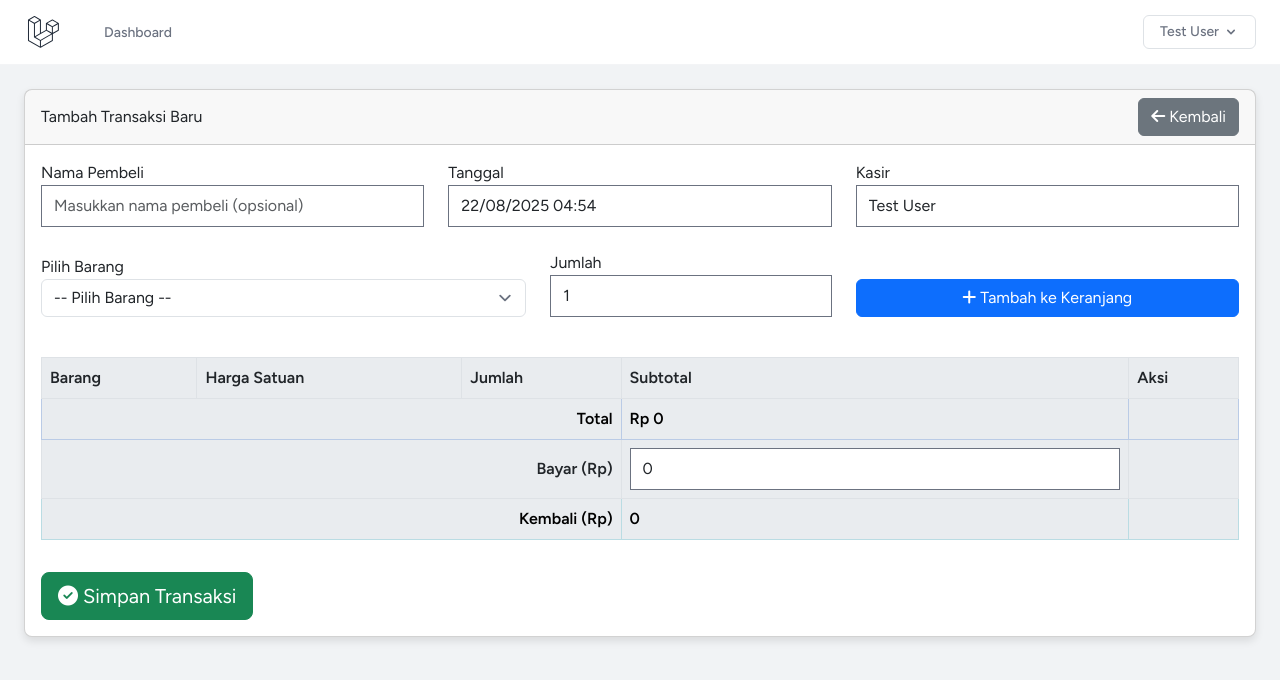
Repository: mufti-1448/kasir-app
Page: http://localhost/transaksis/create
These files come from the project's save history. The page is drawn as it stood at one moment and after the next save; the edit follows.
The browser window is 1280 px wide. The pictures show the whole page.
The page is served by the project's Laravel application, run on PHP 8.4 with Laravel 12. A made-up administrator, Test User (test@example.com), is signed in. Other server files are loaded and not shown. Style sheets and scripts are compiled from the project's sources, by tool versions that may differ from the author's. Queries for data that is not in the repository find no rows.

Above is the page before, as saved 2025-09-02 23:34:28.

### routes/web.php
<?php

use App\Http\Controllers\ProfileController;
use App\Http\Controllers\BarangController;
use Illuminate\Support\Facades\Route;
use App\Http\Controllers\TransaksiController;

Route::get('/', function () {
    return view('welcome');
});

Route::get('/dashboard', function () {
    return view('dashboard');
})->middleware(['auth', 'verified'])->name('dashboard');

Route::middleware('auth')->group(function () {
    // Profile routes
    Route::get('/profile', [ProfileController::class, 'edit'])->name('profile.edit');
    Route::patch('/profile', [ProfileController::class, 'update'])->name('profile.update');
    Route::delete('/profile', [ProfileController::class, 'destroy'])->name('profile.destroy');

    // Barang routes - menggunakan resource controller
    Route::resource('barangs', BarangController::class);

    // Alternatif: jika ingin mendefinisikan manual satu per satu
    // Route::get('/barangs', [BarangController::class, 'index'])->name('barangs.index');
    // Route::get('/barangs/create', [BarangController::class, 'create'])->name('barangs.create');
    // Route::post('/barangs', [BarangController::class, 'store'])->name('barangs.store');
    // Route::get('/barangs/{barang}', [BarangController::class, 'show'])->name('barangs.show');
    // Route::get('/barangs/{barang}/edit', [BarangController::class, 'edit'])->name('barangs.edit');
    // Route::put('/barangs/{barang}', [BarangController::class, 'update'])->name('barangs.update');
    // Route::delete('/barangs/{barang}', [BarangController::class, 'destroy'])->name('barangs.destroy');

    // Tambahkan di dalam middleware auth
    Route::resource('transaksis', TransaksiController::class);
    Route::post('transaksis/add-item', [TransaksiController::class, 'addItem'])->name('transaksis.addItem');
    Route::post('transaksis/remove-item', [TransaksiController::class, 'removeItem'])->name('transaksis.removeItem');
    Route::post('transaksis/process-payment', [TransaksiController::class, 'processPayment'])->name('transaksis.processPayment');
});

require __DIR__ . '/auth.php';

### app/Models/Barang.php
<?php

namespace App\Models;

use Illuminate\Database\Eloquent\Factories\HasFactory;
use Illuminate\Database\Eloquent\Model;
use Illuminate\Database\Eloquent\SoftDeletes;

class Barang extends Model
{
    use HasFactory, SoftDeletes;

    protected $table = 'barangs'; // <- Pastikan ini 'barangs'

    protected $fillable = [
        'nama',
        'kategori',
        'harga_beli',
        'harga_jual',
        'stok',
        'satuan'
    ];
}

### resources/views/transaksis/create.blade.php
@extends('layouts.app')

@section('title', 'Tambah Transaksi Baru')

@section('content')
    <div class="container-fluid">
        <div class="row">
            <div class="col-md-12">
                <div class="card">
                    <div class="card-header d-flex justify-content-between align-items-center">
                        <h5 class="mb-0">Tambah Transaksi Baru</h5>
                        <a href="{{ route('transaksis.index') }}" class="btn btn-secondary">
                            <i class="fas fa-arrow-left"></i> Kembali
                        </a>
                    </div>
                    <div class="card-body">
                        <form id="form-transaksi" method="POST" action="{{ route('transaksis.store') }}">
                            @csrf

                            <!-- Informasi Transaksi & Nama Pembeli -->
                            <div class="row mb-4">
                                <div class="col-md-4">
                                    <div class="form-group">
                                        <label for="nama_pembeli">Nama Pembeli</label>
                                        <input type="text" name="nama_pembeli" id="nama_pembeli" class="form-control"
                                            placeholder="Masukkan nama pembeli (opsional)"
                                            value="{{ old('nama_pembeli') }}">
                                    </div>
                                </div>
                                <div class="col-md-4">
                                    <div class="form-group">
                                        <label for="tanggal">Tanggal</label>
                                        <input type="text" class="form-control" value="{{ now()->format('d/m/Y H:i') }}"
                                            readonly>
                                    </div>
                                </div>
                                <div class="col-md-4">
                                    <div class="form-group">
                                        <label for="kasir">Kasir</label>
                                        <input type="text" class="form-control" value="{{ auth()->user()->name }}"
                                            readonly>
                                    </div>
                                </div>
                            </div>

                            <!-- Pilih Barang -->
                            <div class="row mb-3 align-items-end">
                                <div class="col-md-5 d-flex flex-column">
                                    <label for="barang_id">Pilih Barang</label>
                                    <select id="barang_id" class="form-control mb-1">
                                        <option value="">-- Pilih Barang --</option>
                                        @foreach ($barangs as $barang)
                                            <option value="{{ $barang->id }}" data-harga="{{ $barang->harga_jual }}"
                                                data-stok="{{ $barang->stok }}" data-nama="{{ $barang->nama }}">
                                                {{ $barang->kode }} - {{ $barang->nama }} (Stok: {{ $barang->stok }}) - Rp
                                                {{ number_format($barang->harga_jual, 0, ',', '.') }}
                                            </option>
                                        @endforeach
                                    </select>
                                    <small id="stok-info" style="min-height: 20px;" class="text-muted"></small>
                                </div>

                                <div class="col-md-3 pb-4">
                                    <label for="jumlah">Jumlah</label>
                                    <input type="number" id="jumlah" class="form-control" min="1" value="1">
                                </div>

                                <div class="col-md-4 d-flex pb-4">
                                    <button type="button" id="btn-tambah" class="btn btn-primary w-100">
                                        <i class="fas fa-plus"></i> Tambah ke Keranjang
                                    </button>
                                </div>
                            </div>


                            <!-- Tabel Transaksi -->
                            <div class="table-responsive mb-3">
                                <table class="table table-bordered table-hover" id="tabel-transaksi">
                                    <thead class="thead-light">
                                        <tr>
                                            <th>Barang</th>
                                            <th>Harga Satuan</th>
                                            <th>Jumlah</th>
                                            <th>Subtotal</th>
                                            <th>Aksi</th>
                                        </tr>
                                    </thead>
                                    <tbody>
                                        <!-- Items akan ditambahkan di sini via JavaScript -->
                                    </tbody>
                                    <tfoot>
                                        <tr class="table-primary">
                                            <th colspan="3" class="text-end">Total</th>
                                            <th id="total">Rp 0</th>
                                            <th></th>
                                        </tr>
                                        <tr>
                                            <th colspan="3" class="text-end">Bayar (Rp)</th>
                                            <th>
                                                <input type="number" name="bayar" id="bayar" class="form-control"
                                                    min="0" required value="{{ old('bayar', 0) }}">
                                            </th>
                                            <th></th>
                                        </tr>
                                        <tr class="table-info">
                                            <th colspan="3" class="text-end">Kembali (Rp)</th>
                                            <th id="kembali">0</th>
                                            <th></th>
                                        </tr>
                                    </tfoot>
                                </table>
                            </div>

                            <button type="submit" class="btn btn-success btn-lg">
                                <i class="fas fa-check-circle"></i> Simpan Transaksi
                            </button>
                        </form>
                    </div>
                </div>
            </div>
        </div>
    </div>
@endsection

@section('scripts')
    <script>
        document.addEventListener('DOMContentLoaded', function() {
            const barangSelect = document.getElementById('barang_id');
            const jumlahInput = document.getElementById('jumlah');
            const btnTambah = document.getElementById('btn-tambah');
            const tabelBody = document.querySelector('#tabel-transaksi tbody');
            const totalEl = document.getElementById('total');
            const bayarEl = document.getElementById('bayar');
            const kembaliEl = document.getElementById('kembali');
            const stokInfo = document.getElementById('stok-info');
            const form = document.getElementById('form-transaksi');

            let items = [];

            function formatRupiah(angka) {
                return new Intl.NumberFormat('id-ID').format(angka);
            }

            function updateStokInfo() {
                if (!barangSelect.value) {
                    stokInfo.textContent = '';
                    return;
                }
                const selectedOption = barangSelect.options[barangSelect.selectedIndex];
                let stok = parseInt(selectedOption.getAttribute('data-stok'));
                if (stok <= 0) {
                    stokInfo.textContent = 'Stok habis';
                    stokInfo.className = 'text-danger';
                    btnTambah.disabled = true;
                } else {
                    stokInfo.textContent = `Stok tersedia: ${stok}`;
                    stokInfo.className = 'text-muted';
                    btnTambah.disabled = false;
                }
                jumlahInput.setAttribute('max', stok);
                if (parseInt(jumlahInput.value) > stok) jumlahInput.value = stok;
            }

            function updateTotal() {
                let total = items.reduce((sum, item) => sum + item.harga * item.jumlah, 0);
                totalEl.textContent = 'Rp ' + formatRupiah(total);

                const bayar = parseFloat(bayarEl.value) || 0;
                const kembali = bayar - total;
                kembaliEl.textContent = formatRupiah(kembali);

                // Warn jika bayar kurang
                if (bayar < total) {
                    bayarEl.classList.add('is-invalid');
                    kembaliEl.parentElement.classList.add('table-danger');
                } else {
                    bayarEl.classList.remove('is-invalid');
                    kembaliEl.parentElement.classList.remove('table-danger');
                }
            }

            barangSelect.addEventListener('change', updateStokInfo);

            btnTambah.addEventListener('click', function() {
                if (!barangSelect.value) {
                    alert('Pilih barang terlebih dahulu');
                    return;
                }

                const selectedOption = barangSelect.options[barangSelect.selectedIndex];
                const barangId = barangSelect.value;
                const nama = selectedOption.getAttribute('data-nama');
                const kode = selectedOption.getAttribute('data-kode');
                let harga = parseFloat(selectedOption.getAttribute('data-harga'));
                let stok = parseInt(selectedOption.getAttribute('data-stok'));
                let jumlah = parseInt(jumlahInput.value);

                if (jumlah > stok) {
                    alert(`Stok tidak cukup. Stok tersedia: ${stok}`);
                    return;
                }

                // Kurangi stok
                stok -= jumlah;
                selectedOption.setAttribute('data-stok', stok);
                updateStokInfo();

                const existingItem = items.find(item => item.barangId === barangId);

                if (existingItem) {
                    existingItem.jumlah += jumlah;
                    const row = tabelBody.querySelector(`tr[data-barang-id="${barangId}"]`);
                    row.cells[2].textContent = existingItem.jumlah;
                    row.cells[3].textContent = 'Rp ' + formatRupiah(existingItem.jumlah * harga);
                } else {
                    const newItem = {
                        barangId,
                        kode,
                        nama,
                        harga,
                        jumlah
                    };
                    items.push(newItem);

                    const newRow = tabelBody.insertRow();
                    newRow.setAttribute('data-barang-id', barangId);
                    newRow.innerHTML = `
                <td>${kode} - ${nama}</td>
                <td>Rp ${formatRupiah(harga)}</td>
                <td>${jumlah}</td>
                <td>Rp ${formatRupiah(harga * jumlah)}</td>
                <td>
                    <button type="button" class="btn btn-sm btn-danger btn-hapus">
                        <i class="fas fa-trash"></i>
                    </button>
                </td>
            `;

                    newRow.querySelector('.btn-hapus').addEventListener('click', function() {
                        // Kembalikan stok
                        const selectedOption = barangSelect.querySelector(
                            `option[value="${barangId}"]`);
                        let currentStok = parseInt(selectedOption.getAttribute('data-stok'));
                        currentStok += newItem.jumlah;
                        selectedOption.setAttribute('data-stok', currentStok);
                        items = items.filter(item => item.barangId !== barangId);
                        newRow.remove();
                        updateStokInfo();
                        updateTotal();
                    });
                }

                updateTotal();
                jumlahInput.value = 1;
            });

            bayarEl.addEventListener('input', updateTotal);

            form.addEventListener('submit', function(e) {
                if (items.length === 0) {
                    e.preventDefault();
                    alert('Tambahkan minimal satu item ke keranjang');
                    return;
                }

                // Hapus input hidden lama jika ada
                form.querySelectorAll('input[type="hidden"]').forEach(i => i.remove());

                // Tambahkan input hidden untuk setiap item
                items.forEach((item, index) => {
                    const inputBarang = document.createElement('input');
                    inputBarang.type = 'hidden';
                    inputBarang.name = `barang_id[${index}]`; // <--- harus sesuai 'barang_id.*'
                    inputBarang.value = item.barangId;
                    form.appendChild(inputBarang);

                    const inputJumlah = document.createElement('input');
                    inputJumlah.type = 'hidden';
                    inputJumlah.name = `jumlah[${index}]`; // <--- harus sesuai 'jumlah.*'
                    inputJumlah.value = item.jumlah;
                    form.appendChild(inputJumlah);

                    const inputHarga = document.createElement('input');
                    inputHarga.type = 'hidden';
                    inputHarga.name =
                    `harga_satuan[${index}]`; // <--- harus sesuai 'harga_satuan.*'
                    inputHarga.value = item.harga;
                    form.appendChild(inputHarga);
                });


            });


            // Inisialisasi
            updateStokInfo();
            updateTotal();
        });
    </script>
@endsection

@section('styles')
    <style>
        .table th {
            vertical-align: middle;
        }

        #stok-info {
            display: block;
            min-height: 20px;
            /* tinggi tetap */
            margin-top: 5px;
            font-weight: 500;
        }


        .is-invalid {
            border-color: #dc3545;
        }

        #tabel-transaksi td,
        #tabel-transaksi th {
            vertical-align: middle;
        }

        .btn-hapus {
            min-width: 40px;
        }
    </style>
@endsection

### resources/views/layouts/app.blade.php
<!DOCTYPE html>
<html lang="{{ str_replace('_', '-', app()->getLocale()) }}">
<head>
    <meta charset="utf-8">
    <meta name="viewport" content="width=device-width, initial-scale=1">
    <meta name="csrf-token" content="{{ csrf_token() }}">

    <title>{{ config('app.name', 'Laravel') }}</title>

    <!-- Fonts -->
    <link rel="preconnect" href="https://fonts.bunny.net">
    <link href="https://fonts.bunny.net/css?family=figtree:400,500,600&display=swap" rel="stylesheet">

    <!-- Bootstrap CSS -->
    <link href="https://cdn.jsdelivr.net/npm/bootstrap@5.3.0/dist/css/bootstrap.min.css" rel="stylesheet">

    <!-- Font Awesome -->
    <link rel="stylesheet" href="https://cdnjs.cloudflare.com/ajax/libs/font-awesome/6.4.0/css/all.min.css">

    <!-- App CSS -->
    @vite(['resources/css/app.css', 'resources/js/app.js'])

    <!-- Custom Styles -->
    <style>
        body {
            font-family: 'Figtree', sans-serif;
            background-color: #f1f3f5;
        }

        .card {
            box-shadow: 0 0.25rem 0.5rem rgba(0,0,0,0.1);
            border-radius: 0.5rem;
            transition: transform 0.2s;
        }
        .card:hover {
            transform: translateY(-5px);
        }

        .table th {
            background-color: #e9ecef;
        }

        header.bg-white {
            background-color: #ffffff !important;
        }

        .btn-delete {
            color: #fff;
            background-color: #dc3545;
            border: none;
        }
        .btn-delete:hover {
            background-color: #c82333;
        }
    </style>
</head>
<body>
    <div class="min-vh-100 d-flex flex-column">
        <!-- Navigation -->
        @include('layouts.navigation')

        <!-- Page Heading -->
        @if (isset($header))
            <header class="bg-white shadow-sm">
                <div class="container py-4 px-3">
                    {{ $header }}
                </div>
            </header>
        @endif

        <!-- Page Content -->
        <main class="flex-grow-1 container my-4">
            @yield('content')
        </main>
    </div>

    <!-- Bootstrap JS -->
    <script src="https://cdn.jsdelivr.net/npm/bootstrap@5.3.0/dist/js/bootstrap.bundle.min.js"></script>

    @yield('scripts')
    <!-- Script Konfirmasi -->
    <script>
        document.addEventListener('DOMContentLoaded', function() {
            document.querySelectorAll('.btn-delete').forEach(button => {
                button.addEventListener('click', function(e) {
                    if(!confirm('Apakah Anda yakin ingin menghapus data ini?')) {
                        e.preventDefault();
                    }
                });
            });
        });
    </script>

</body>
</html>

Loaded but not shown: routes/auth.php (common file); app/Http/Controllers/Auth/EmailVerificationPromptController.php (common file); app/Http/Controllers/Controller.php (common file); app/Http/Controllers/Auth/VerifyEmailController.php (common file); app/Models/User.php (common file); resources/views/layouts/navigation.blade.php (common file); resources/views/components/application-logo.blade.php (common file); resources/views/components/nav-link.blade.php (common file); resources/views/components/dropdown-link.blade.php (common file); resources/views/components/dropdown.blade.php (common file); resources/views/components/responsive-nav-link.blade.php (common file); resources/css/app.css (common file); tailwind.config.js (common file); resources/js/app.js (common file); resources/js/bootstrap.js (common file); app/Http/Controllers/TransaksiController.php (185 lines, source omitted)

After the next save:
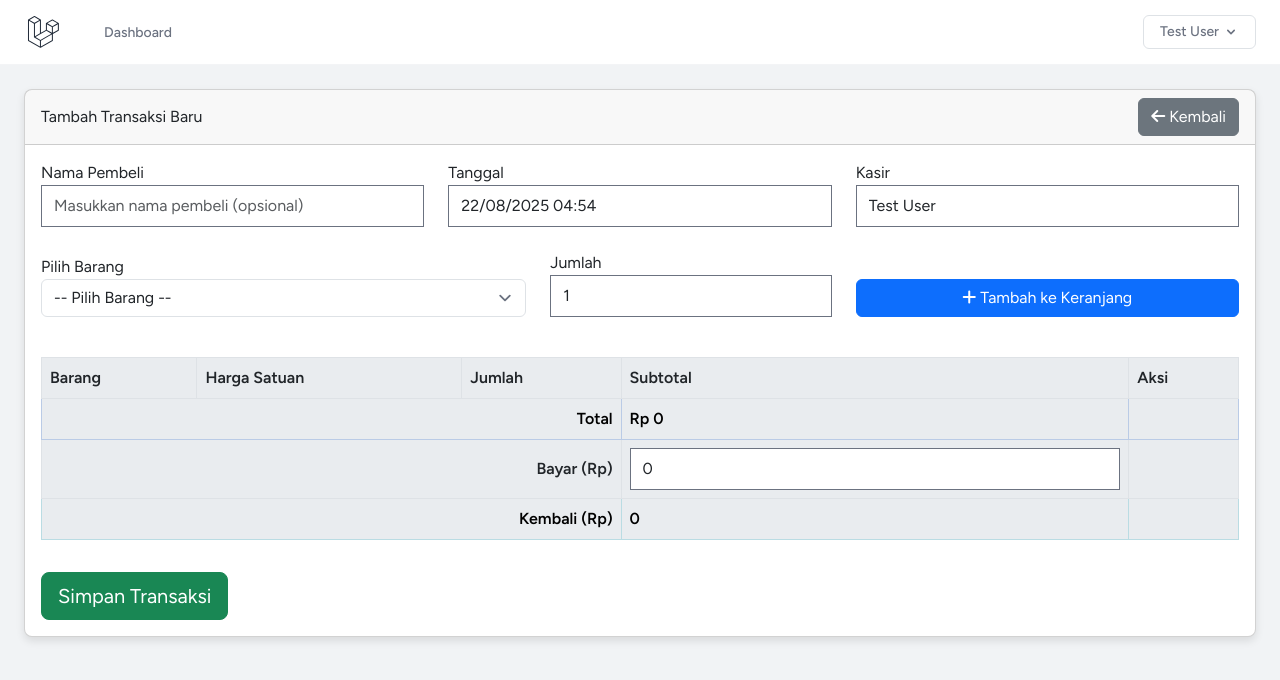
Saved 88 s later.
--- a/resources/views/transaksis/create.blade.php
+++ b/resources/views/transaksis/create.blade.php
@@ -111,9 +111,7 @@
                                 </table>
                             </div>
 
-                            <button type="submit" class="btn btn-success btn-lg">
-                                <i class="fas fa-check-circle"></i> Simpan Transaksi
-                            </button>
+                            <button type="submit" class="btn btn-success btn-lg">Simpan Transaksi</button>
                         </form>
                     </div>
                 </div>
